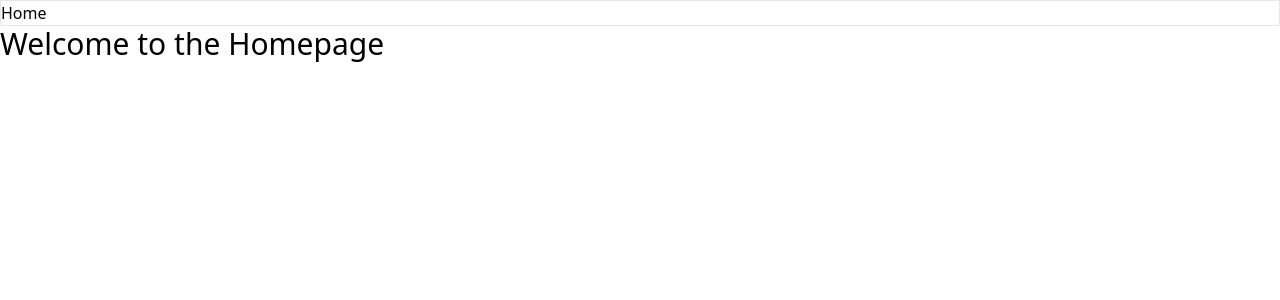
Repository: oderinde300/react-authentication-with-json-server
Page: /
The author's editor kept a copy of each file at every save. The page is drawn from the files as they stood at one save, then again after the next save.
The browser window is 1280 px wide. The pictures show the whole page.
The project was rebuilt for these pictures with package versions that can differ from the ones it lists, and the page was loaded fresh each time. Also part of the build but not shown: src/components/authentication/Login.jsx, src/pages/LoginPage.jsx.

Above is the page before, as saved 2023-03-22 12:26:57.

### src/App.js
import { Routes, Route } from "react-router-dom";
import HomePage from "./pages/HomePage";
import LoginPage from "./pages/LoginPage";

function App() {
  return (
    <div>
      <header>
        <nav className="border">
          <ul>
            <li>Home</li>
          </ul>
        </nav>
      </header>
      <Routes>
        <Route path="/" element={<HomePage />} />
        <Route path="/login" element={<LoginPage />} />
      </Routes>
    </div>
  );
}

export default App;

### src/pages/HomePage.jsx
import React from "react";

const HomePage = () => {
  return (
    <div>
      <h1 className="text-3xl">Welcome to the Homepage</h1>
    </div>
  );
};

export default HomePage;

Loaded but not shown: public/index.html (common file); src/index.js (common file); src/index.css (common file); tailwind.config.js (common file)

After the next save:
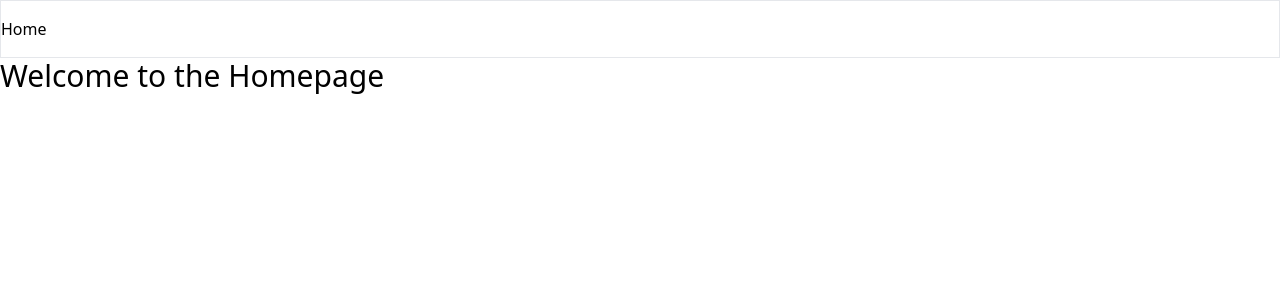
Saved 9 s later.
--- a/src/App.js
+++ b/src/App.js
@@ -6,7 +6,7 @@ function App() {
   return (
     <div>
       <header>
-        <nav className="border">
+        <nav className="border py-4">
           <ul>
             <li>Home</li>
           </ul>
